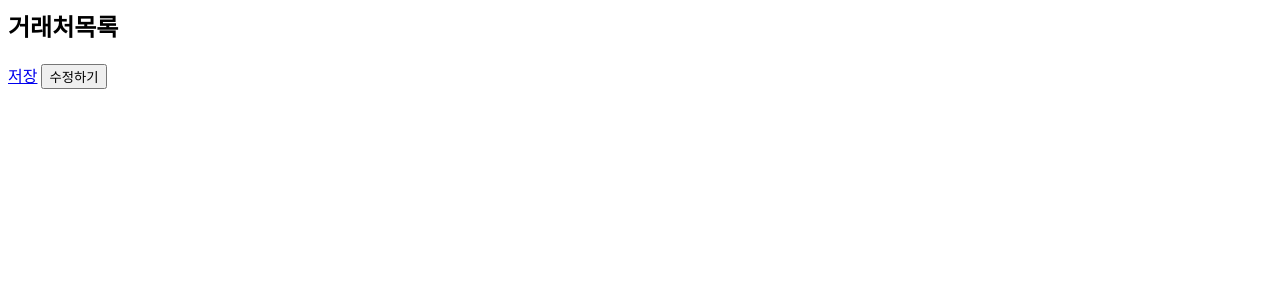
Repository: 2022-kh-final-mothlymoon/moon-back
Page: http://localhost/sellermoon/store/read.jsp
An editor plug-in stored every save of this project. The page is shown before and after the next save, followed by the edit.
The browser window is 1280 px wide. The pictures show the whole page.
The page is served by Tomcat 9.

Above is the page before, as saved 2022-10-23 15:16:43.

After the next save:
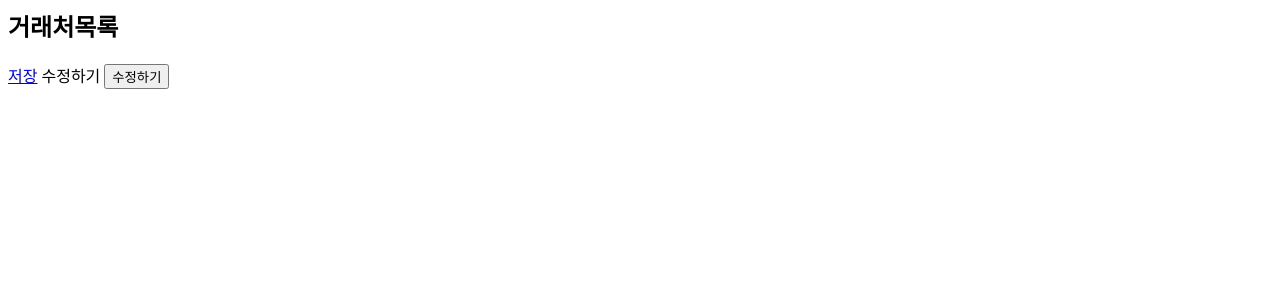
Saved 55 s later.
--- a/sellermoon/src/main/webapp/store/read.jsp
+++ b/sellermoon/src/main/webapp/store/read.jsp
@@ -60,6 +60,7 @@ if (storeList != null && storeList.size() > 0) {
      <%--    <a href="./storeUpdate?STORE_NO=${storeList.STORE_NO}" type="submit" id="edit">수정하기</a> --%>
        	</c:forEach>
        	<a href="javascript:dlgIns_save()" class="easyui-linkbutton">저장</a>
+        <button type="submit" class="btn btn-info">수정하기</button>
         <input type="button" id="edit" value="수정하기">
         </form>
        <!--  <input type="button" id="delete" value="삭제하기"> -->
